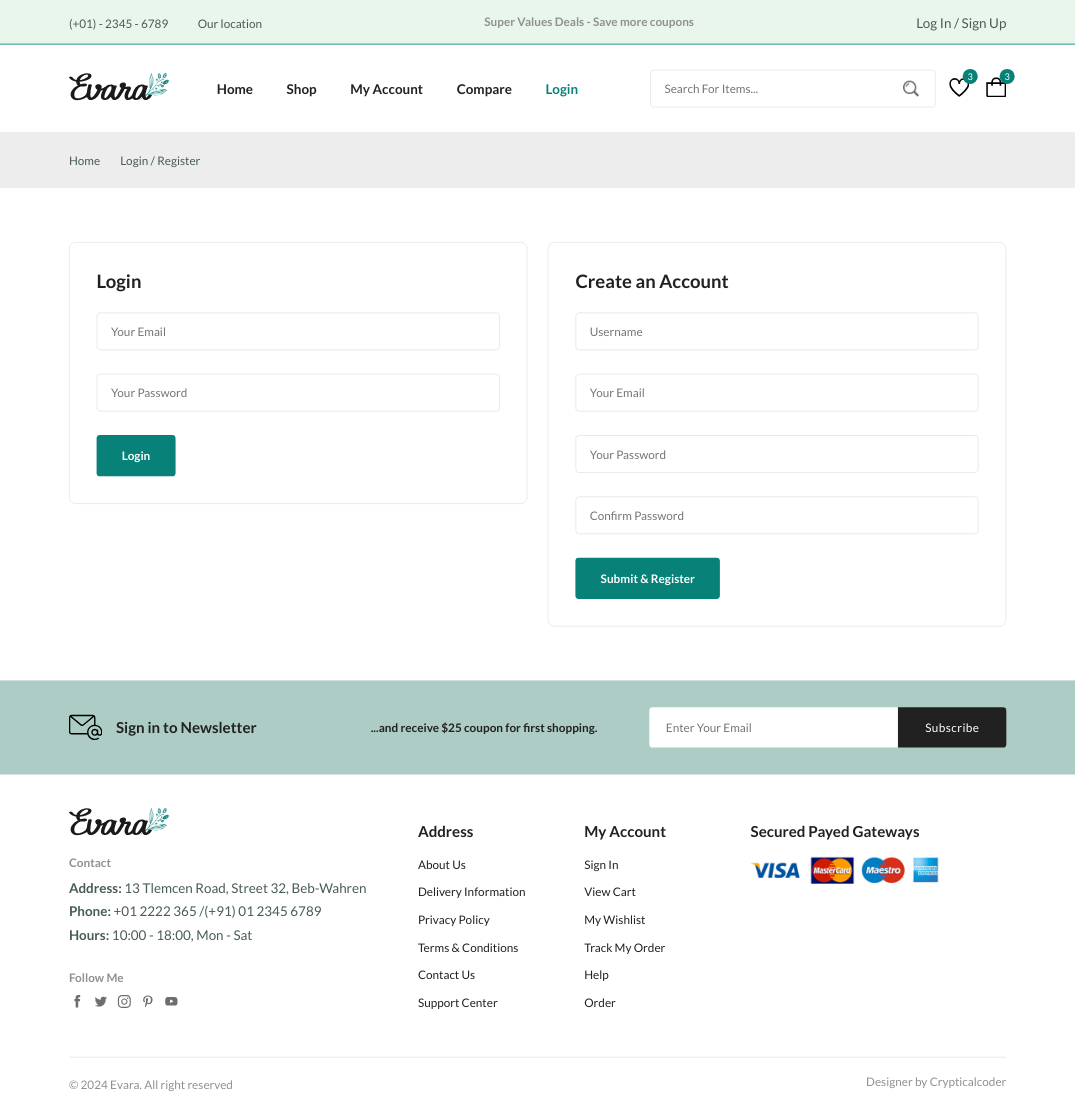
Repository: binhphanbp/evara-ecommerce
Page: login-register.html
An editor plug-in stored every save of this project. The page is shown before and after the next save, followed by the edit.
The browser window is 1280 px wide. The pictures show the whole page, at 84% of full size.

Above is the page before, as saved 2025-04-14 17:01:11.

### login-register.html
<!DOCTYPE html>
<html lang="en">
  <head>
    <meta charset="UTF-8" />
    <meta name="viewport" content="width=device-width, initial-scale=1.0" />

    <!--=============== FLATICON ===============-->
    <link
      rel="stylesheet"
      href="https://cdn-uicons.flaticon.com/2.0.0/uicons-regular-straight/css/uicons-regular-straight.css"
    />

    <!--=============== SWIPER CSS ===============-->
    <link
      rel="stylesheet"
      href="https://cdn.jsdelivr.net/npm/swiper@11/swiper-bundle.min.css"
    />

    <!--=============== CSS ===============-->
    <link rel="stylesheet" href="./assets/css/styles.css" />

    <title>Ecommerce Website</title>
  </head>
  <body>
    <!--=============== HEADER ===============-->
    <header class="header">
      <div class="header__top">
        <div class="header__container container">
          <div class="header__contact">
            <span>(+01) - 2345 - 6789</span>
            <span>Our location</span>
          </div>
          <p class="header__alert-news">
            Super Values Deals - Save more coupons
          </p>
          <a href="login-register.html" class="header__top-action">
            Log In / Sign Up
          </a>
        </div>
      </div>

      <nav class="nav container">
        <a href="index.html" class="nav__logo">
          <img
            class="nav__logo-img"
            src="assets/img/logo.svg"
            alt="website logo"
          />
        </a>
        <div class="nav__menu" id="nav-menu">
          <ul class="nav__list">
            <li class="nav__item">
              <a href="index.html" class="nav__link">Home</a>
            </li>
            <li class="nav__item">
              <a href="shop.html" class="nav__link">Shop</a>
            </li>
            <li class="nav__item">
              <a href="accounts.html" class="nav__link">My Account</a>
            </li>
            <li class="nav__item">
              <a href="compare.html" class="nav__link">Compare</a>
            </li>
            <li class="nav__item">
              <a href="login-register.html" class="nav__link active-link"
                >Login</a
              >
            </li>
          </ul>
          <div class="header__search">
            <input
              type="text"
              placeholder="Search For Items..."
              class="form__input"
            />
            <button class="search__btn">
              <img src="assets/img/search.png" alt="search icon" />
            </button>
          </div>
        </div>
        <div class="header__user-actions">
          <a href="wishlist.html" class="header__action-btn" title="Wishlist">
            <img src="assets/img/icon-heart.svg" alt="" />
            <span class="count">3</span>
          </a>
          <a href="cart.html" class="header__action-btn" title="Cart">
            <img src="assets/img/icon-cart.svg" alt="" />
            <span class="count">3</span>
          </a>
        </div>
      </nav>
    </header>

    <!--=============== MAIN ===============-->
    <main class="main">
      <!--=============== BREADCRUMB ===============-->
      <section class="breadcrumb">
        <ul class="breadcrumb__list flex container">
          <li><a href="index.html" class="breadcrumb__link">Home</a></li>
          <li><span class="breadcrumb__link"></span></li>
          <li><span class="breadcrumb__link">Login / Register</span></li>
        </ul>
      </section>

      <!--=============== LOGIN-REGISTER ===============-->
      <section class="login-register section--lg">
        <div class="login-register__container container grid">
          <div class="login">
            <h3 class="section__title">Login</h3>

            <!-- Form Login -->
            <form id="loginForm" class="form grid">
              <input
                type="email"
                id="loginEmail"
                placeholder="Your Email"
                class="form__input"
              />
              <input
                type="password"
                id="loginPassword"
                placeholder="Your Password"
                class="form__input"
              />
              <div class="form__btn">
                <button class="btn" type="submit">Login</button>
              </div>
            </form>
          </div>
          <div class="register">
            <h3 class="section__title">Create an Account</h3>

            <!-- Form Register -->
            <form id="registerForm" class="form grid">
              <input
                type="text"
                id="regUsername"
                placeholder="Username"
                class="form__input"
              />
              <input
                type="email"
                id="regEmail"
                placeholder="Your Email"
                class="form__input"
              />
              <input
                type="password"
                id="regPassword"
                placeholder="Your Password"
                class="form__input"
              />
              <input
                type="password"
                id="regConfirmPassword"
                placeholder="Confirm Password"
                class="form__input"
              />
              <div class="form__btn">
                <button class="btn" type="submit">Submit &amp; Register</button>
              </div>
            </form>
          </div>
        </div>
      </section>

      <!--=============== NEWSLETTER ===============-->
      <section class="newsletter section">
        <div class="newsletter__container container grid">
          <h3 class="newsletter__title flex">
            <img
              src="./assets/img/icon-email.svg"
              alt=""
              class="newsletter__icon"
            />
            Sign in to Newsletter
          </h3>
          <p class="newsletter__description">
            ...and receive $25 coupon for first shopping.
          </p>
          <form action="" class="newsletter__form">
            <input
              type="text"
              placeholder="Enter Your Email"
              class="newsletter__input"
            />
            <button type="submit" class="newsletter__btn">Subscribe</button>
          </form>
        </div>
      </section>
    </main>

    <!--=============== FOOTER ===============-->
    <footer class="footer container">
      <div class="footer__container grid">
        <div class="footer__content">
          <a href="index.html" class="footer__logo">
            <img src="./assets/img/logo.svg" alt="" class="footer__logo-img" />
          </a>
          <h4 class="footer__subtitle">Contact</h4>
          <p class="footer__description">
            <span>Address:</span> 13 Tlemcen Road, Street 32, Beb-Wahren
          </p>
          <p class="footer__description">
            <span>Phone:</span> +01 2222 365 /(+91) 01 2345 6789
          </p>
          <p class="footer__description">
            <span>Hours:</span> 10:00 - 18:00, Mon - Sat
          </p>
          <div class="footer__social">
            <h4 class="footer__subtitle">Follow Me</h4>
            <div class="footer__links flex">
              <a href="#">
                <img
                  src="./assets/img/icon-facebook.svg"
                  alt=""
                  class="footer__social-icon"
                />
              </a>
              <a href="#">
                <img
                  src="./assets/img/icon-twitter.svg"
                  alt=""
                  class="footer__social-icon"
                />
              </a>
              <a href="#">
                <img
                  src="./assets/img/icon-instagram.svg"
                  alt=""
                  class="footer__social-icon"
                />
              </a>
              <a href="#">
                <img
                  src="./assets/img/icon-pinterest.svg"
                  alt=""
                  class="footer__social-icon"
                />
              </a>
              <a href="#">
                <img
                  src="./assets/img/icon-youtube.svg"
                  alt=""
                  class="footer__social-icon"
                />
              </a>
            </div>
          </div>
        </div>
        <div class="footer__content">
          <h3 class="footer__title">Address</h3>
          <ul class="footer__links">
            <li><a href="#" class="footer__link">About Us</a></li>
            <li><a href="#" class="footer__link">Delivery Information</a></li>
            <li><a href="#" class="footer__link">Privacy Policy</a></li>
            <li><a href="#" class="footer__link">Terms &amp; Conditions</a></li>
            <li><a href="#" class="footer__link">Contact Us</a></li>
            <li><a href="#" class="footer__link">Support Center</a></li>
          </ul>
        </div>
        <div class="footer__content">
          <h3 class="footer__title">My Account</h3>
          <ul class="footer__links">
            <li><a href="#" class="footer__link">Sign In</a></li>
            <li><a href="#" class="footer__link">View Cart</a></li>
            <li><a href="#" class="footer__link">My Wishlist</a></li>
            <li><a href="#" class="footer__link">Track My Order</a></li>
            <li><a href="#" class="footer__link">Help</a></li>
            <li><a href="#" class="footer__link">Order</a></li>
          </ul>
        </div>
        <div class="footer__content">
          <h3 class="footer__title">Secured Payed Gateways</h3>
          <img
            src="./assets/img/payment-method.png"
            alt=""
            class="payment__img"
          />
        </div>
      </div>
      <div class="footer__bottom">
        <p class="copyright">&copy; 2024 Evara. All right reserved</p>
        <span class="designer">Designer by Crypticalcoder</span>
      </div>
    </footer>

    <!--=============== SWIPER JS ===============-->
    <script src="https://cdn.jsdelivr.net/npm/swiper@11/swiper-bundle.min.js"></script>

    <!--=============== MAIN JS ===============-->
    <script src="./assets/js/main.js"></script>
  </body>
</html>

Loaded but not shown: assets/js/main.js (190 lines, source omitted); assets/css/styles.css (2127 lines, source omitted)

After the next save:
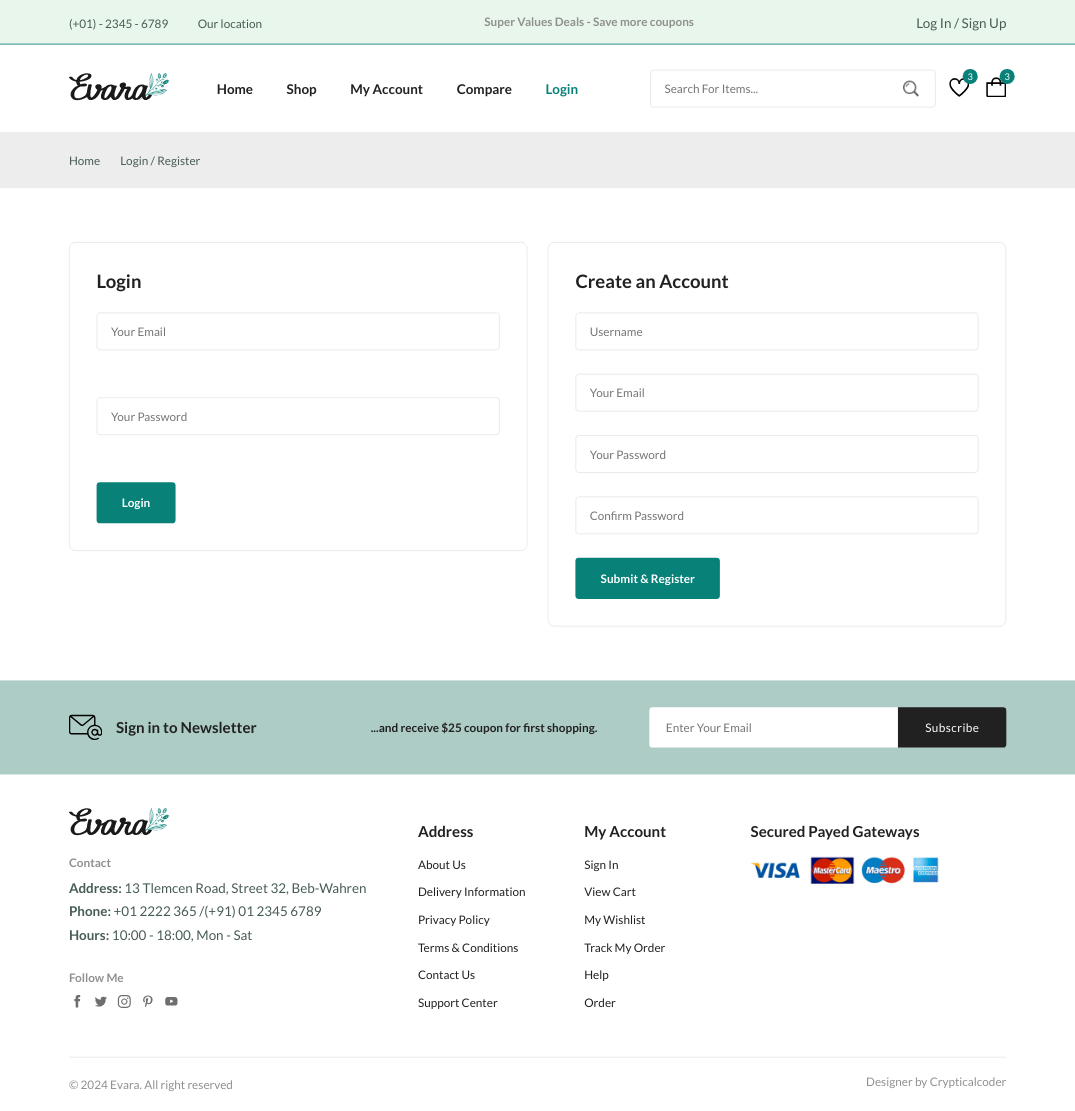
Saved 2 min 46 s later.
--- a/login-register.html
+++ b/login-register.html
@@ -111,17 +111,19 @@
             <!-- Form Login -->
             <form id="loginForm" class="form grid">
               <input
-                type="email"
+                type="text"
                 id="loginEmail"
                 placeholder="Your Email"
                 class="form__input"
               />
+              <span id="loginEmailError" class="error"></span>
               <input
                 type="password"
                 id="loginPassword"
                 placeholder="Your Password"
                 class="form__input"
               />
+              <span id="loginPasswordError" class="error"></span>
               <div class="form__btn">
                 <button class="btn" type="submit">Login</button>
               </div>
